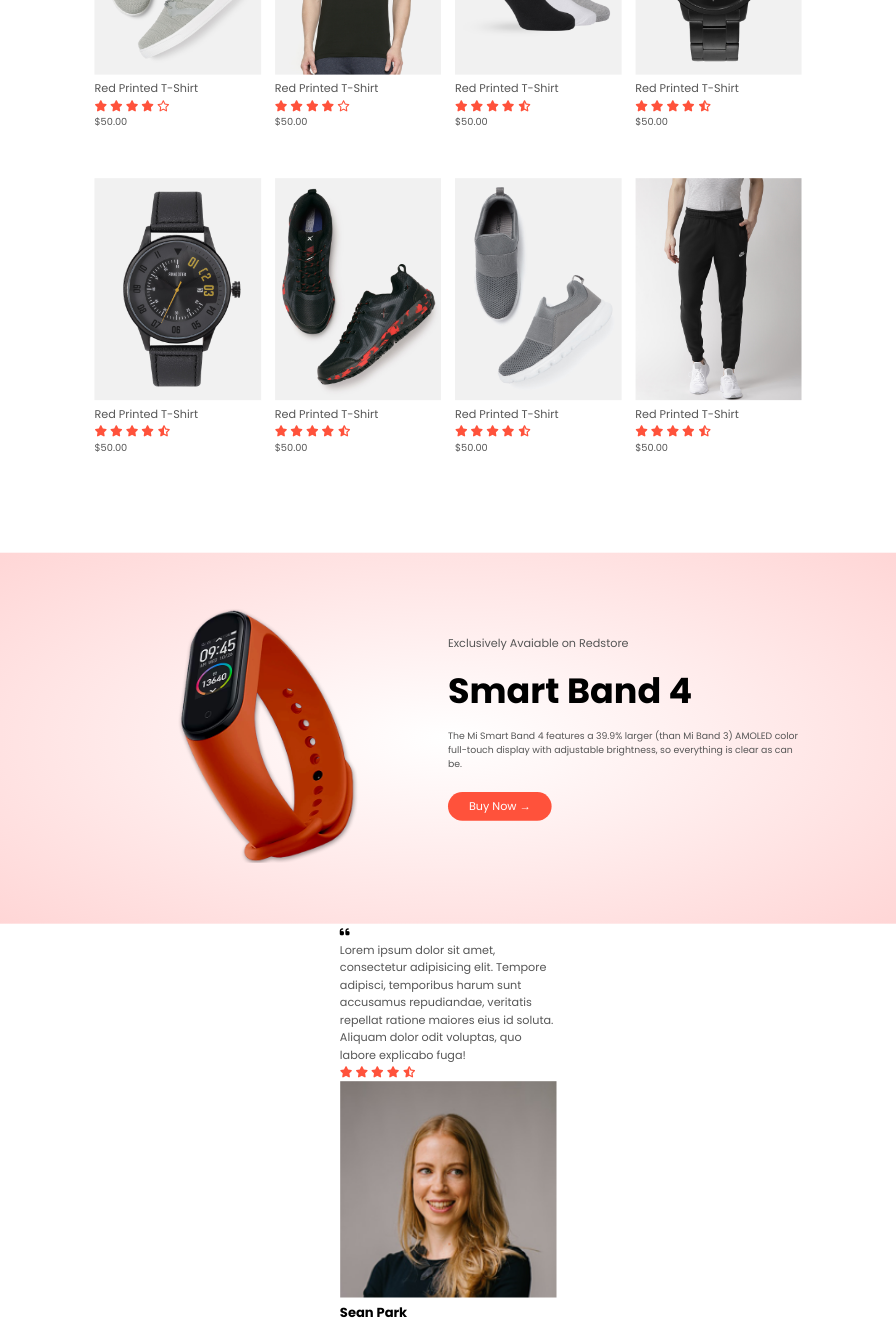
Repository: datvu1608/redsportstore
Page: index.html
An editor plug-in stored every save of this project. The page is shown before and after the next save, followed by the edit.
The browser window is 1280 px wide. The pictures show the part of the page from y = 2271 to 4191 px (the page is 4191 px tall), at 70% of full size.

Above is the page before, as saved 2023-11-23 14:55:32.

After the next save:
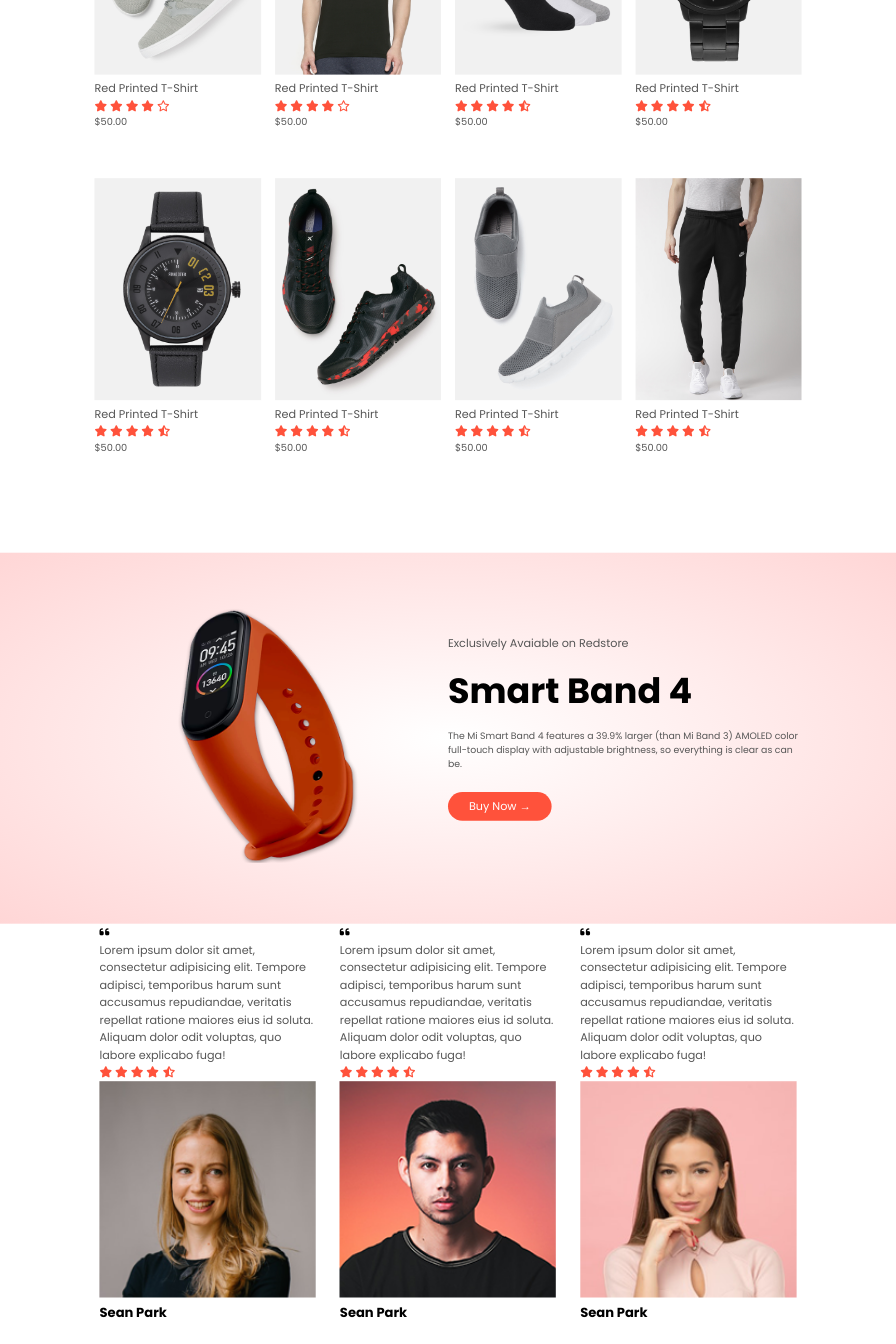
Saved 32 s later.
--- a/index.html
+++ b/index.html
@@ -273,6 +273,42 @@
             <img src="./images/user-1.png" alt="" />
             <h3>Sean Park</h3>
           </div>
+          <div class="col-3">
+            <i class="fa-solid fa-quote-left"></i>
+            <p>
+              Lorem ipsum dolor sit amet, consectetur adipisicing elit. Tempore
+              adipisci, temporibus harum sunt accusamus repudiandae, veritatis
+              repellat ratione maiores eius id soluta. Aliquam dolor odit
+              voluptas, quo labore explicabo fuga!
+            </p>
+            <div class="rating">
+              <i class="fa-solid fa-star"></i>
+              <i class="fa-solid fa-star"></i>
+              <i class="fa-solid fa-star"></i>
+              <i class="fa-solid fa-star"></i>
+              <i class="fa-solid fa-star-half-stroke"></i>
+            </div>
+            <img src="./images/user-2.png" alt="" />
+            <h3>Sean Park</h3>
+          </div>
+          <div class="col-3">
+            <i class="fa-solid fa-quote-left"></i>
+            <p>
+              Lorem ipsum dolor sit amet, consectetur adipisicing elit. Tempore
+              adipisci, temporibus harum sunt accusamus repudiandae, veritatis
+              repellat ratione maiores eius id soluta. Aliquam dolor odit
+              voluptas, quo labore explicabo fuga!
+            </p>
+            <div class="rating">
+              <i class="fa-solid fa-star"></i>
+              <i class="fa-solid fa-star"></i>
+              <i class="fa-solid fa-star"></i>
+              <i class="fa-solid fa-star"></i>
+              <i class="fa-solid fa-star-half-stroke"></i>
+            </div>
+            <img src="./images/user-3.png" alt="" />
+            <h3>Sean Park</h3>
+          </div>
         </div>
       </div>
     </div>
